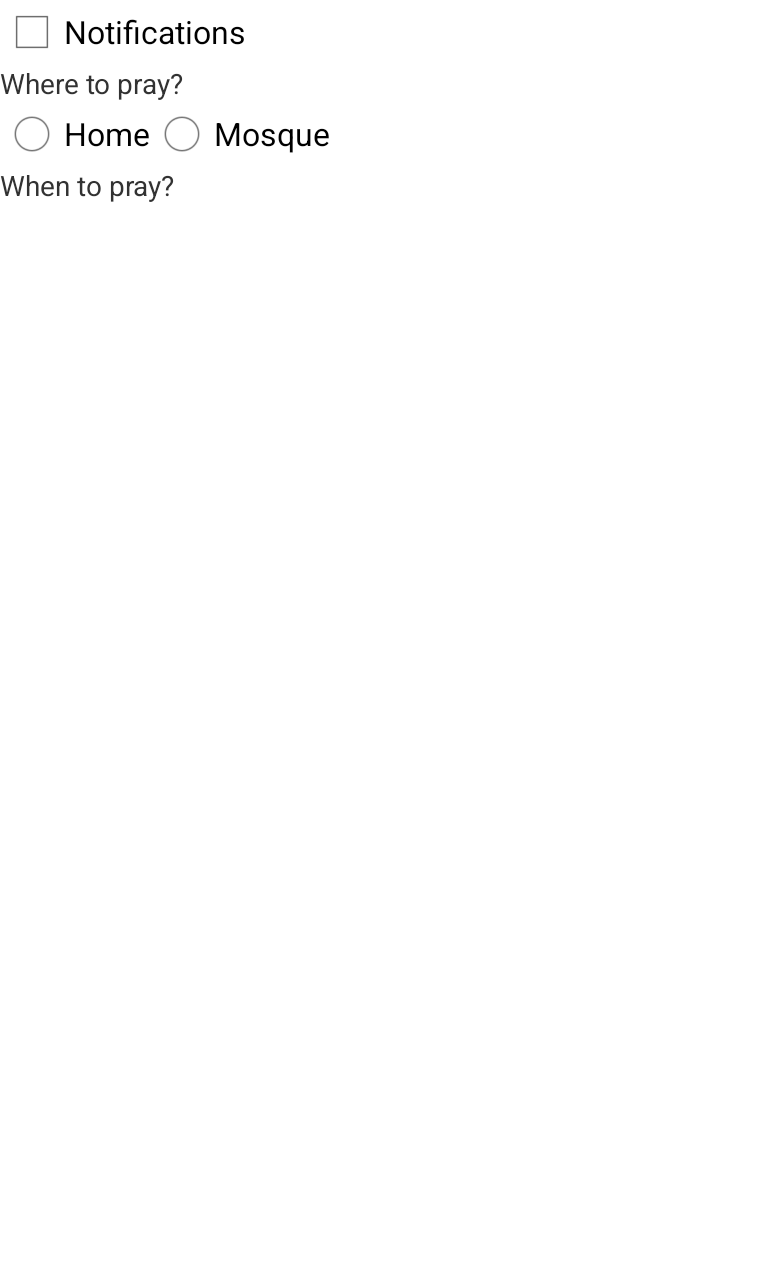
Repository: Osamah/Afstudeerwerk
Layout: NativeApp/SecondPillar/res/layout/activity_settings.xml
The author's editor kept a copy of each file at every save. The layout is drawn from the files as they stood at one save, then again after the next save.
It is drawn on a 768 x 1280 px phone screen (xhdpi) without system bars, with theme AppTheme; the app's code is not run.

Above is the layout before, as saved 2012-12-29 13:09:47.

After the next save:
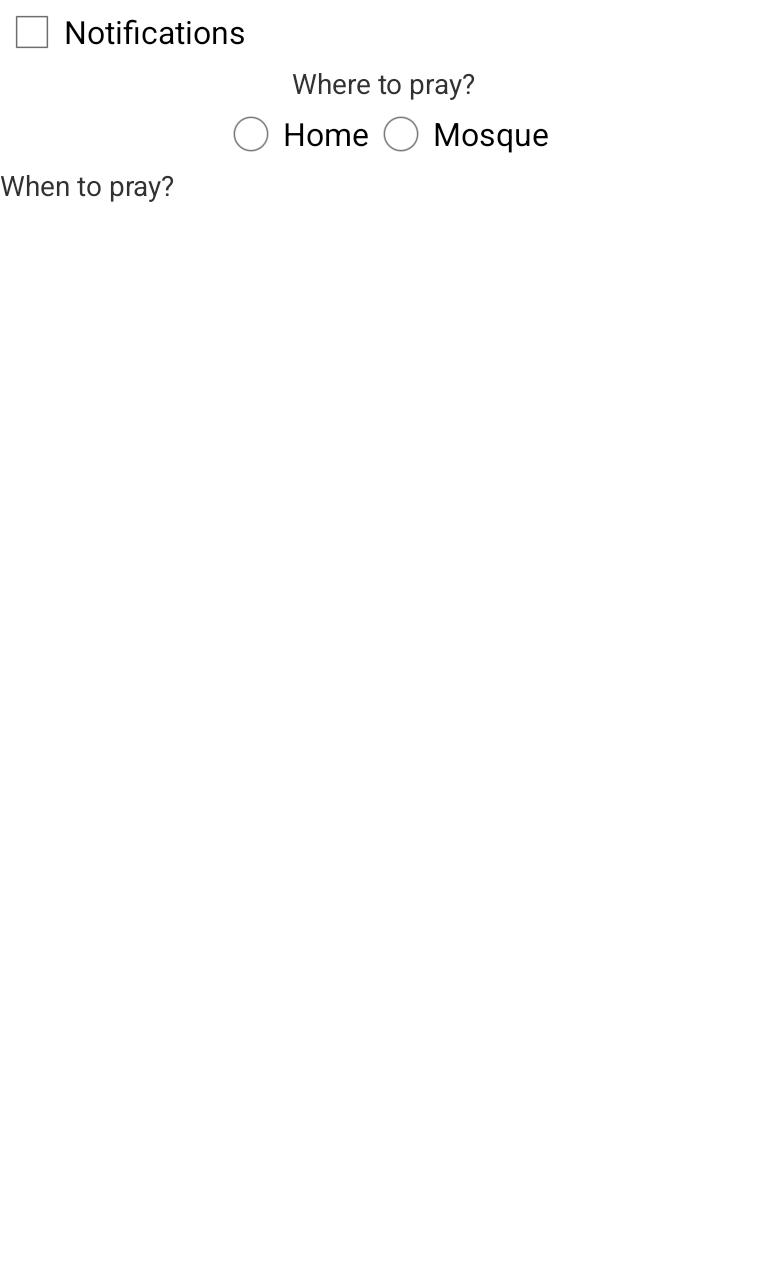
Saved 13 min 47 s later.
--- a/NativeApp/SecondPillar/res/layout/activity_settings.xml
+++ b/NativeApp/SecondPillar/res/layout/activity_settings.xml
@@ -13,13 +13,15 @@
     <TextView
         android:layout_width="wrap_content"
         android:layout_height="wrap_content"
+        android:layout_gravity="1"
         android:text="@string/prayingWhere" />
 
 	<RadioGroup
 	    android:id="@+id/wherePRaying"
 	    android:layout_width="wrap_content"
 	    android:layout_height="wrap_content"
-	    android:orientation="horizontal" >
+	    android:orientation="horizontal"
+	    android:layout_gravity="1" >
 
 	    <RadioButton
 	    	android:id="@+id/prayhome"
